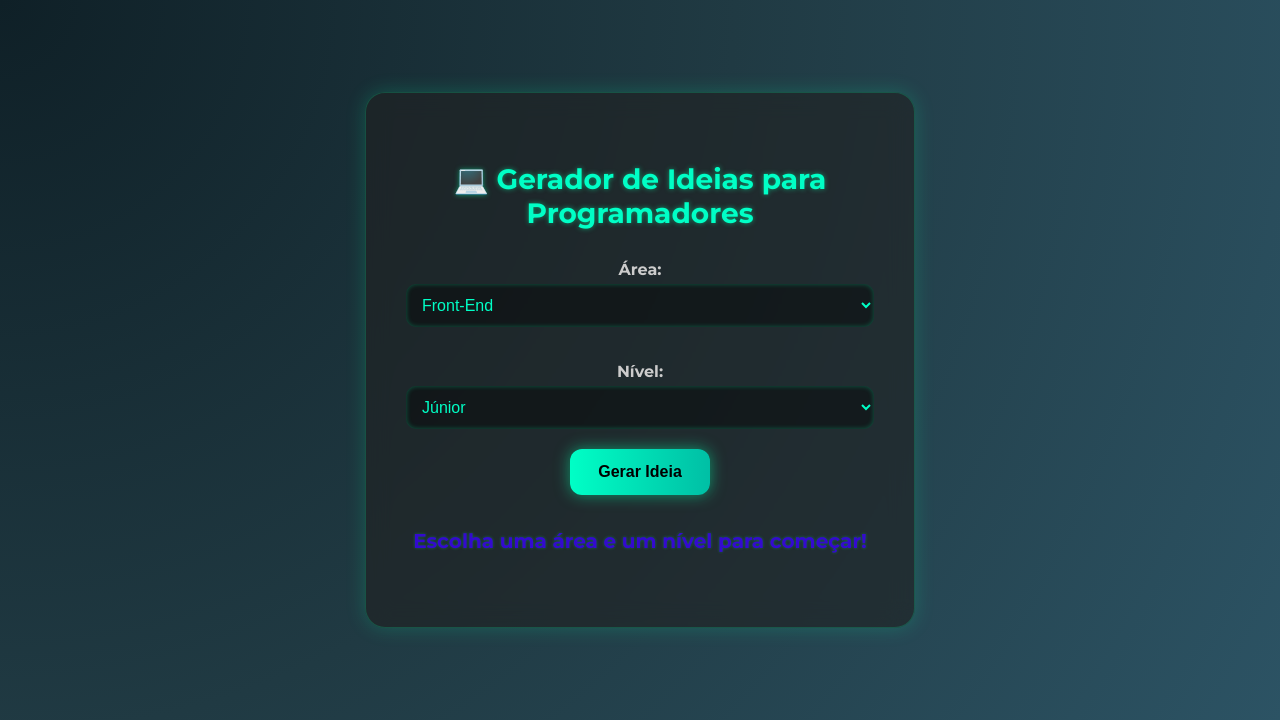
Repository: Wbyh7z/gerador-de-projeto
Page: index.html
These files come from the project's save history. The page is drawn as it stood at one moment and after the next save; the edit follows.
The browser window is 1280 px wide. The pictures show the whole page.

Above is the page before, as saved 2025-08-08 15:40:31.

After the next save:
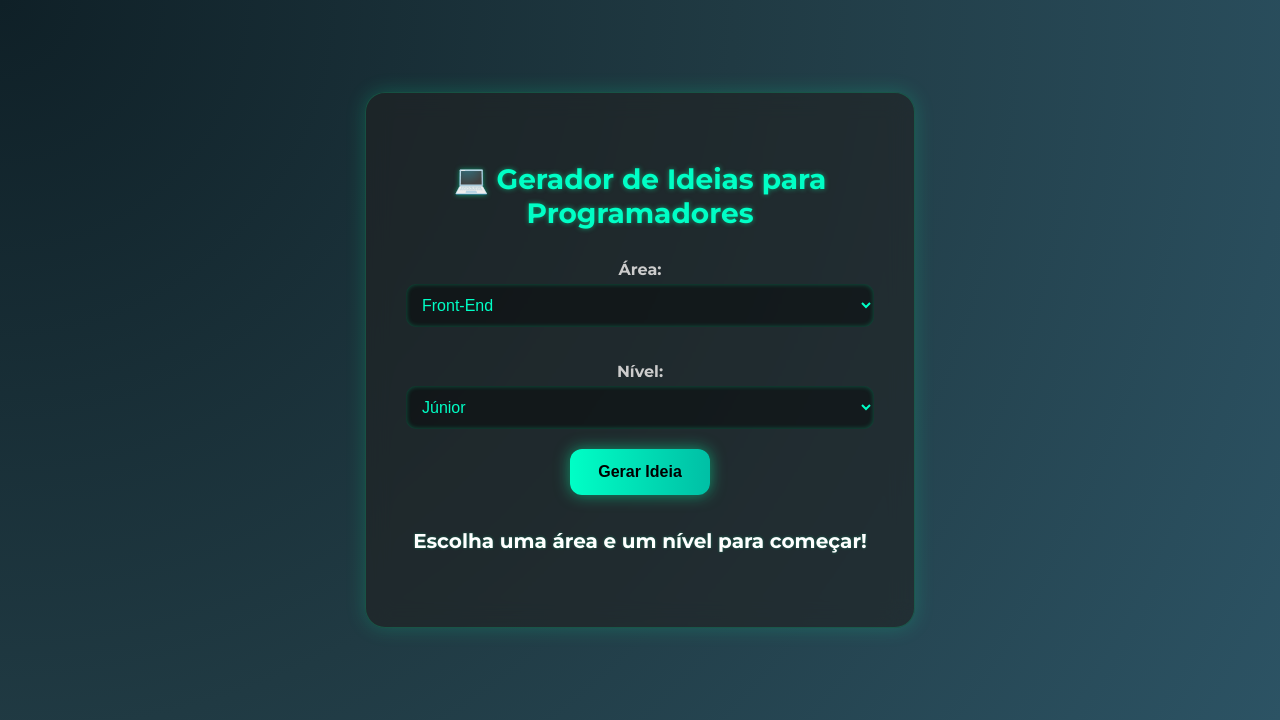
Saved 20 s later.
--- a/style.css
+++ b/style.css
@@ -12,7 +12,7 @@ body {
   justify-content: center;
   align-items: center;
   background: radial-gradient(circle at top left, #0f2027, #203a43, #2c5364);
-  color: #072dd4;
+  color: #e0e0e0;
 }
 
 .container {
@@ -85,6 +85,6 @@ button:hover {
   font-size: 20px;
   font-weight: 600;
   line-height: 1.6;
-  color: #340acf;
+  color: #fff;
   text-shadow: 0 0 3px rgba(0, 255, 170, 0.3);
 }
